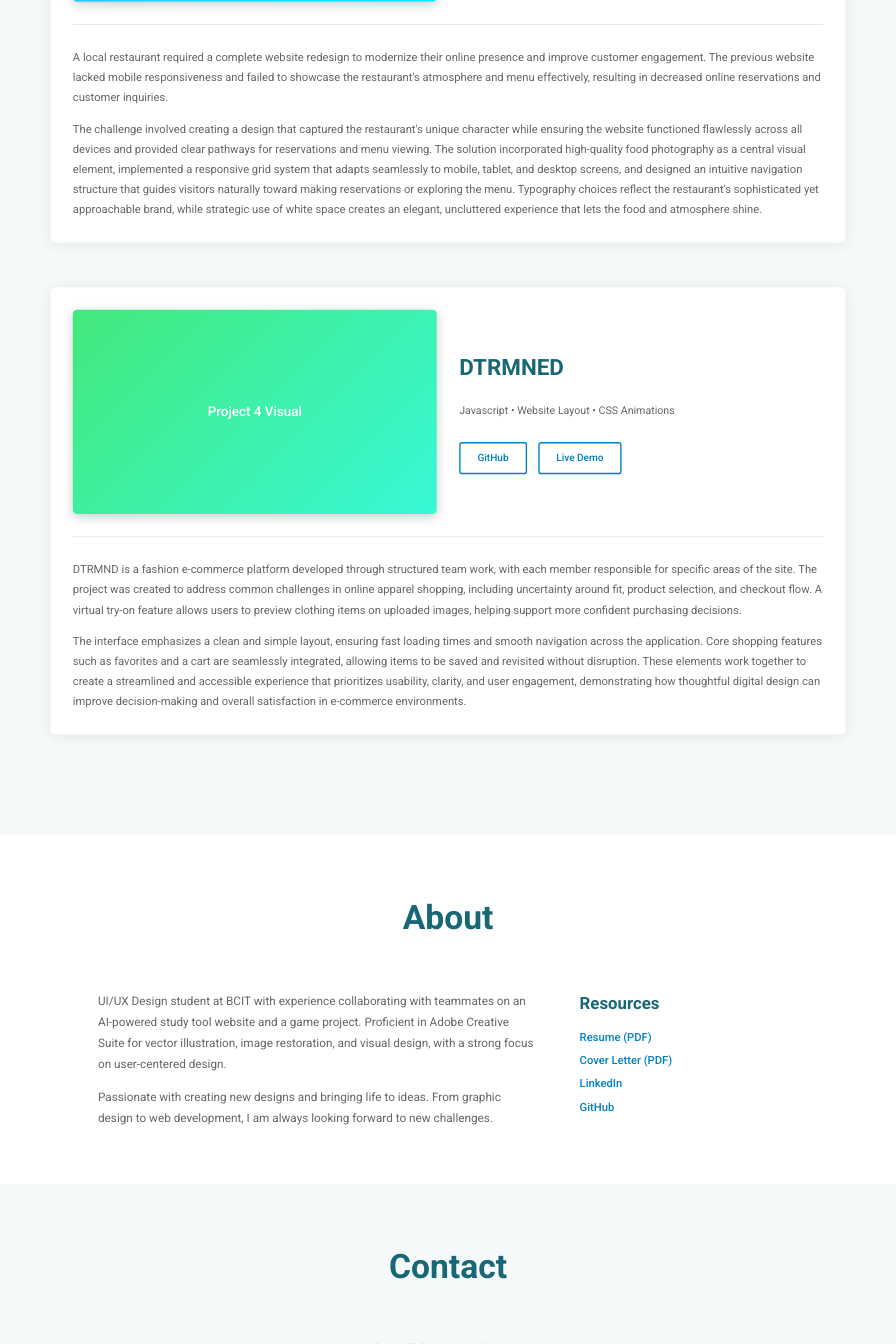
Repository: DonaldCWong/portfolio
Page: index.html
These files come from the project's save history. The page is drawn as it stood at one moment and after the next save; the edit follows.
The browser window is 1280 px wide. The pictures show the part of the page from y = 2668 to 4588 px (the page is 4866 px tall), at 70% of full size.

Above is the page before, as saved 2026-01-12 13:41:44.

After the next save:
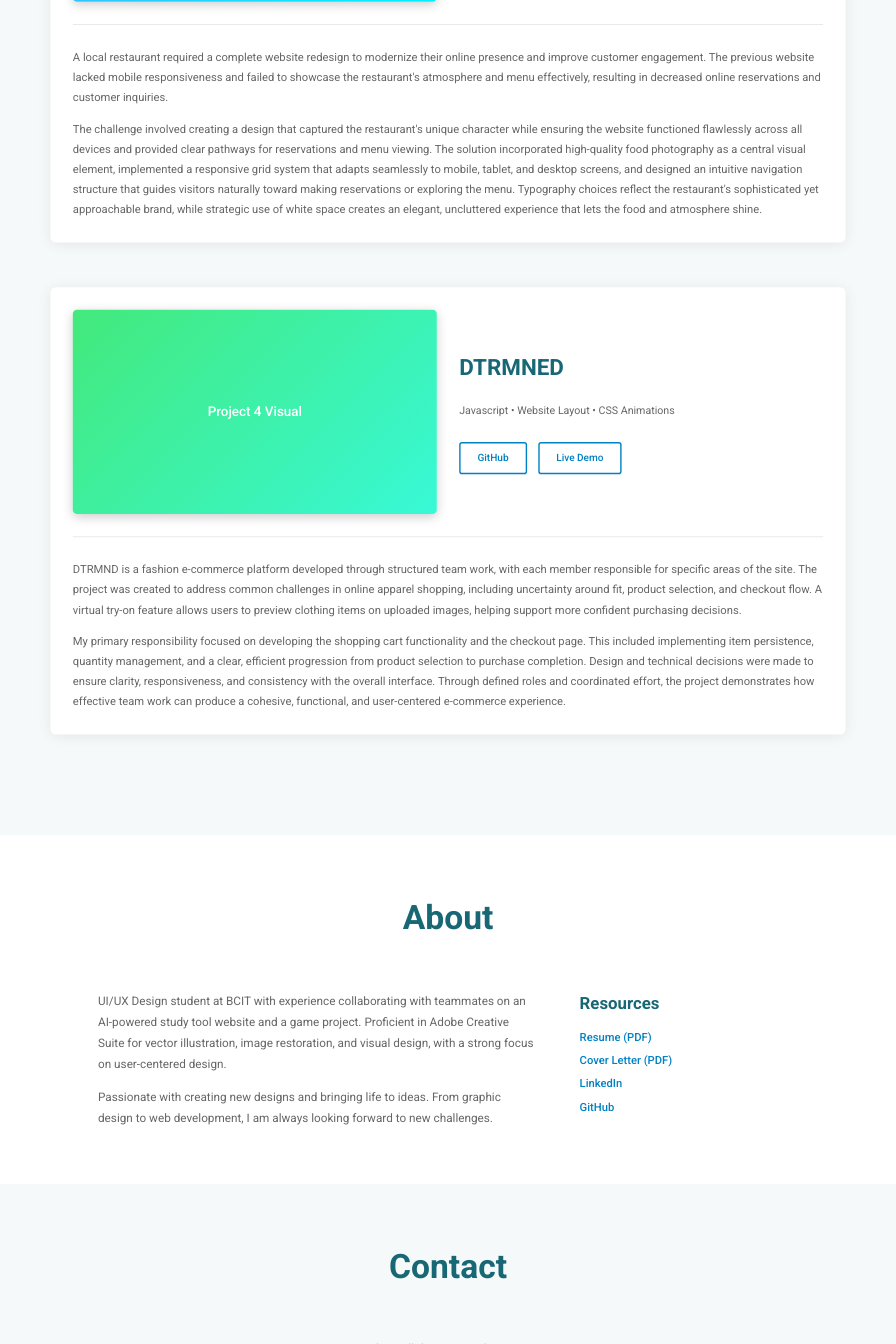
Saved 7 s later.
--- a/index.html
+++ b/index.html
@@ -137,8 +137,7 @@
                     <p>
                       DTRMND is a fashion e-commerce platform developed through structured team work, with each member responsible for specific areas of the site. The project was created to address common challenges in online apparel shopping, including uncertainty around fit, product selection, and checkout flow. A virtual try-on feature allows users to preview clothing items on uploaded images, helping support more confident purchasing decisions.                    </p>
                     <p>
-                      The interface emphasizes a clean and simple layout, ensuring fast loading times and smooth navigation across the application. Core shopping features such as favorites and a cart are seamlessly integrated, allowing items to be saved and revisited without disruption. These elements work together to create a streamlined and accessible experience that prioritizes usability, clarity, and user engagement, demonstrating how thoughtful digital design can improve decision-making and overall satisfaction in e-commerce environments.                    </p>
-                </div>
+                      My primary responsibility focused on developing the shopping cart functionality and the checkout page. This included implementing item persistence, quantity management, and a clear, efficient progression from product selection to purchase completion. Design and technical decisions were made to ensure clarity, responsiveness, and consistency with the overall interface. Through defined roles and coordinated effort, the project demonstrates how effective team work can produce a cohesive, functional, and user-centered e-commerce experience.                </div>
             </article>
         </div>
     </section>
